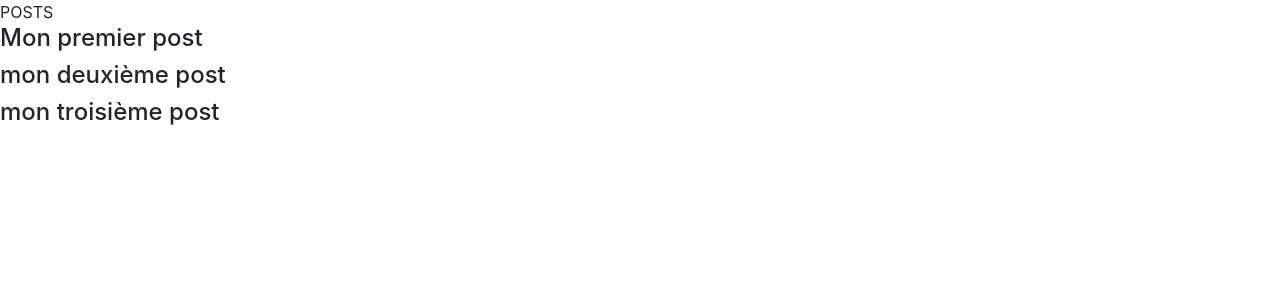
Repository: BillThePony/Ng-Blog-OC
Page: /
The author's editor kept a copy of each file at every save. The page is drawn from the files as they stood at one save, then again after a run of saves.
The browser window is 1280 px wide. The pictures show the whole page.
The project was rebuilt for these pictures with package versions that can differ from the ones it lists, and the page was loaded fresh each time. Also part of the build but not shown: angular.json, src/app/post-list-item/post-list-item.component.ts.

Above is the page before, as saved 2018-10-08 15:16:07.

### src/index.html
<!doctype html>
<html lang="en">
<head>
  <meta charset="utf-8">
  <title>MonBlog</title>
  <base href="/">

  <meta name="viewport" content="width=device-width, initial-scale=1">
  <link rel="icon" type="image/x-icon" href="favicon.ico">
</head>
<body>
  <app-root></app-root>
</body>
</html>

### src/app/app.component.ts
import { Component } from '@angular/core';

@Component({
  selector: 'app-root',
  templateUrl: './app.component.html',
  styleUrls: ['./app.component.css']
})
export class AppComponent {
  title = 'mon-blog';
}

### src/app/post-list/post-list.component.ts
import { Component, OnInit } from "@angular/core";

@Component({
  selector: "app-post-list",
  templateUrl: "./post-list.component.html",
  styleUrls: ["./post-list.component.css"]
})
export class PostListComponent implements OnInit {
  post1 = "Mon premier post";
  post2 = "mon deuxième post";
  post3 = "mon troisième post";

  constructor() {}

  ngOnInit() {}
}

### src/app/app.component.html
<div>
  <ul class="list-group">
    POSTS
    <app-post-list></app-post-list>
  </ul>
</div>

### src/app/post-list/post-list.component.html
<li class="list-grou-item">
  <div>
    <h4>{{post1}}</h4>

    <h4>{{post2}}</h4>

    <h4>{{post3}}</h4>
  </div>
</li>

Loaded but not shown: src/styles.css (common file); src/main.ts (common file); src/app/app.module.ts (common file); src/environments/environment.ts (common file); src/app/app.component.css (no stored copy; drawn as an empty file); src/app/post-list/post-list.component.css (no stored copy; drawn as an empty file)

After the next 2 saves:
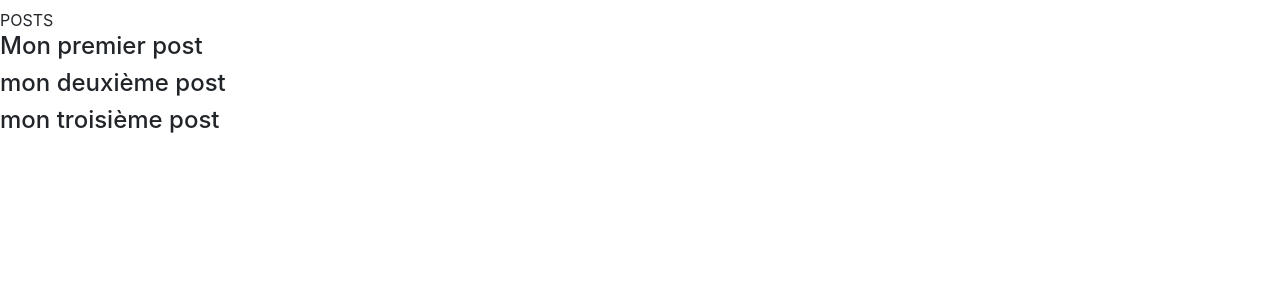
The 2 saves are shown as one change because they came seconds apart.
The last was saved 73 s later.
--- a/src/app/app.component.html
+++ b/src/app/app.component.html
@@ -1,6 +1,6 @@
 <div>
   <ul class="list-group">
-    POSTS
+    <h2></h2>POSTS
     <app-post-list></app-post-list>
   </ul>
 </div>
